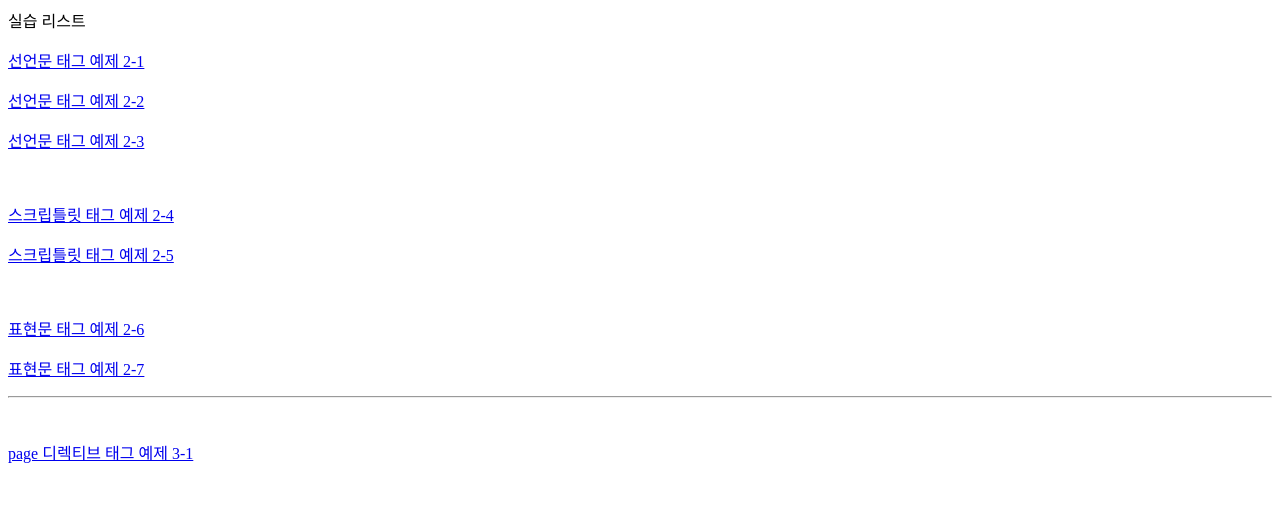
Repository: man332414/myJspStudy
Page: http://localhost/jspbook/
These files come from the project's save history. The page is drawn as it stood at one moment and after the next save; the edit follows.
The browser window is 1280 px wide. The pictures show the whole page.
The page is served by Tomcat 10. Nobody is signed in. The application's start-up code is not run. Other server files are loaded and not shown.

Above is the page before, as saved 2024-10-08 03:58:02.

### jspbook/src/main/webapp/index.jsp
<%@ page language="java" contentType="text/html; charset=UTF-8"
    pageEncoding="UTF-8"%>
<!DOCTYPE html>
<html>
<head>
<meta charset="UTF-8">
<title>어서와 집이야</title>
</head>
<body>
	실습 리스트
	<p><a href = "2_1"> 선언문 태그 예제 2-1</a></p>
	<p><a href = "2_2"> 선언문 태그 예제 2-2</a></p>
	<p><a href = "2_3"> 선언문 태그 예제 2-3</a></p>
	<br>
	<p><a href = "2_4"> 스크립틀릿 태그 예제 2-4</a></p>
	<p><a href = "2_5"> 스크립틀릿 태그 예제 2-5</a></p>
	<br>
	<p><a href = "2_6"> 표현문 태그 예제 2-6</a></p>
	<p><a href = "2_7"> 표현문 태그 예제 2-7</a></p>
	<hr>
	<br>
	<p><a href = "3_1"> page 디렉티브 태그 예제 3-1</a></p>

</body>
</html>

After the next save:
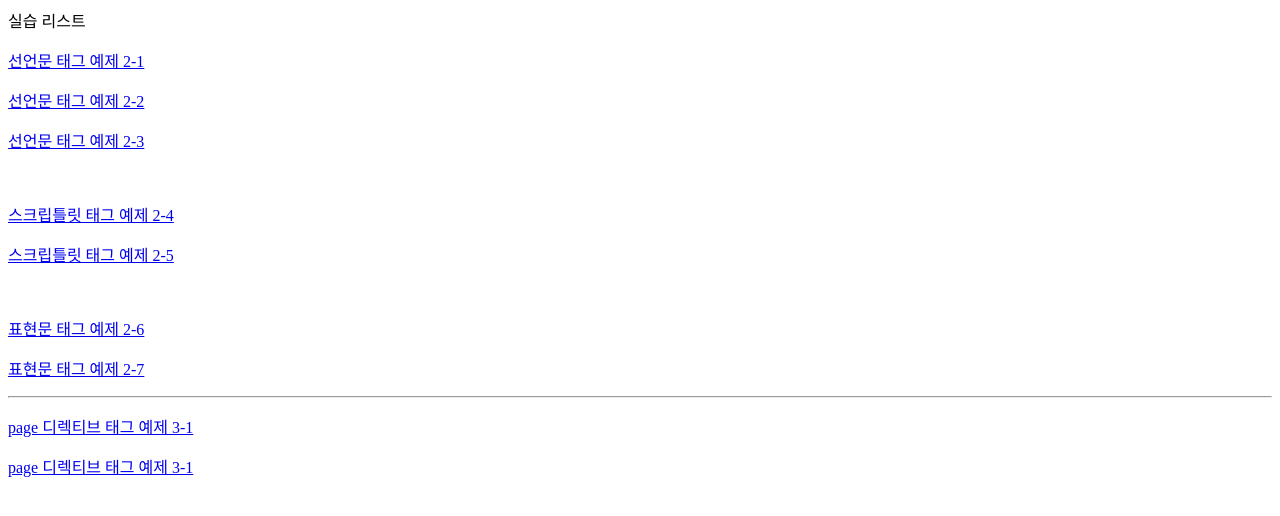
Saved 48 s later.
--- a/jspbook/src/main/webapp/index.jsp
+++ b/jspbook/src/main/webapp/index.jsp
@@ -18,7 +18,7 @@
 	<p><a href = "2_6"> 표현문 태그 예제 2-6</a></p>
 	<p><a href = "2_7"> 표현문 태그 예제 2-7</a></p>
 	<hr>
-	<br>
+	<p><a href = "3_1"> page 디렉티브 태그 예제 3-1</a></p>
 	<p><a href = "3_1"> page 디렉티브 태그 예제 3-1</a></p>
 
 </body>
